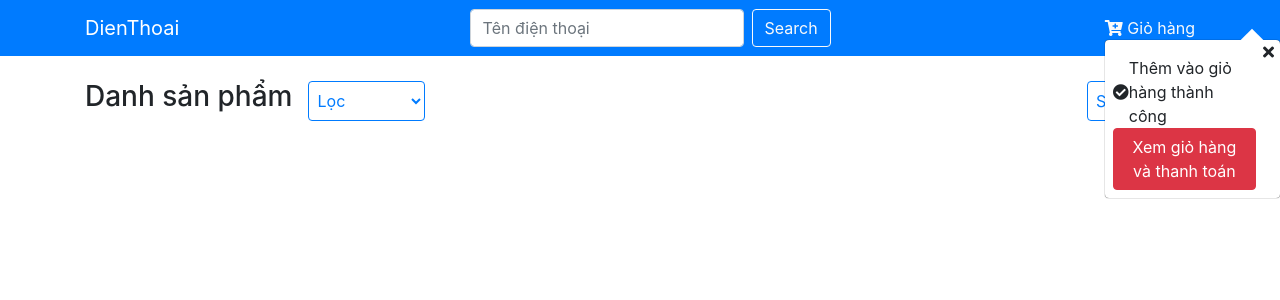
Repository: dovanthao2404/BC14_Bai_Tap_Ban_Dien_Thoai_dovanthao
Page: app/views/index.html
The author's editor kept a copy of each file at every save. The page is drawn from the files as they stood at one save, then again after the next save.
The browser window is 1280 px wide. The pictures show the whole page.
Some web libraries are served in a nearby version. The style sheet was rebuilt from its Sass, Less or Tailwind sources for each picture, by a compiler version that may differ from the author's.

Above is the page before, as saved 2021-08-14 16:13:27.
Console error (its wording comes from the project's code and is left out).

### app/views/index.html
<!DOCTYPE html>
<html lang="en">

<head>
  <meta charset="UTF-8">
  <meta http-equiv="X-UA-Compatible" content="IE=edge">
  <meta name="viewport" content="width=device-width, initial-scale=1.0">
  <title>Dien Thoai Xin</title>




  <!-- FONT AWESOME -->
  <link rel="stylesheet" href="https://cdnjs.cloudflare.com/ajax/libs/font-awesome/5.15.4/css/all.min.css"
    integrity="sha512-1ycn6IcaQQ40/MKBW2W4Rhis/DbILU74C1vSrLJxCq57o941Ym01SwNsOMqvEBFlcgUa6xLiPY/NS5R+E6ztJQ=="
    crossorigin="anonymous" referrerpolicy="no-referrer" />

  <!-- GOOGLE FONTS -->

  <link rel="preconnect" href="https://fonts.googleapis.com">
  <link rel="preconnect" href="https://fonts.gstatic.com" crossorigin>
  <link
    href="https://fonts.googleapis.com/css2?family=Roboto:ital,wght@0,300;0,400;0,700;1,300;1,400;1,700&display=swap"
    rel="stylesheet">

  <!-- B4 -->
  <link rel="stylesheet" href="https://cdn.jsdelivr.net/npm/bootstrap@4.6.0/dist/css/bootstrap.min.css"
    integrity="sha384-B0vP5xmATw1+K9KRQjQERJvTumQW0nPEzvF6L/Z6nronJ3oUOFUFpCjEUQouq2+l" crossorigin="anonymous">

  <!-- MAIN CSS -->
  <link rel="stylesheet" href="../../assets/css/main.css">
</head>

<body>
  <header class="fixed-top">
    <nav class="navbar navbar-dark bg-primary">
      <div class="container">

        <a href="#" class="navbar-brand">
          DienThoai
        </a>
        <form class="form-inline my-2 my-lg-0">
          <input id="valueSearch" class="form-control mr-sm-2" type="search" placeholder="Tên điện thoại"
            aria-label="Search">
          <button id="btnSearch" class="btn btn-outline-light my-2 my-sm-0" type="button">Search</button>
        </form>
        <div class="phone-cart">
          <a href="cart.html" class="text-light">
            <i class="fa fa-cart-plus"></i> Giỏ hàng
          </a>
          <div class="notifiSuccess pb-2 pt-3 pl-2 pr-4 bg-white rounded">
            <i class="fa fa-times icon-close"></i>
            <div class="d-flex align-items-center">
              <i class="fa fa-check-circle"></i>
              <p class="m-0">Thêm vào giỏ hàng thành công</p>
            </div>
            <button class="btn btn-danger w-100" data-target="cart.html">Xem giỏ hàng và thanh toán</button>
          </div>
        </div>
      </div>
    </nav>

  </header>

  <section class="phone-product">
    <div class="container">
      <div id="listAll-type">
        <div class="phone-title">
          <div class="d-flex justify-content-between align-items-center my-3">
            <div class="d-flex align-items-center">
              <h3 class="mr-3">
                Danh sản phẩm
              </h3>
              <div>
                <select class="phone-select" name="" id="phoneType">
                  <option value="">Lọc</option>
                  <option value="Samsung">Samsung</option>
                  <option value="Iphone">Iphone</option>
                </select>

              </div>
            </div>
            <div class="sort-name">
              <select class="phone-select" name="" id="sortPhone">
                <option value="">Sắp xếp</option>
                <option value="a">A - Z</option>
                <option value="z">Z - A</option>
              </select>
            </div>
          </div>
        </div>
        <div class="phone-list">
          <div class="row" id="listPhoneView">

          </div>
        </div>
      </div>
    </div>
    </div>
  </section>


  <!-- B4 -->
  <script src="https://code.jquery.com/jquery-3.5.1.slim.min.js"
    integrity="sha384-DfXdz2htPH0lsSSs5nCTpuj/zy4C+OGpamoFVy38MVBnE+IbbVYUew+OrCXaRkfj"
    crossorigin="anonymous"></script>
  <script src="https://cdn.jsdelivr.net/npm/bootstrap@4.6.0/dist/js/bootstrap.bundle.min.js"
    integrity="sha384-Piv4xVNRyMGpqkS2by6br4gNJ7DXjqk09RmUpJ8jgGtD7zP9yug3goQfGII0yAns"
    crossorigin="anonymous"></script>


  <!-- AXIOS -->
  <script src="https://cdnjs.cloudflare.com/ajax/libs/axios/0.21.1/axios.min.js"
    integrity="sha512-bZS47S7sPOxkjU/4Bt0zrhEtWx0y0CRkhEp8IckzK+ltifIIE9EMIMTuT/mEzoIMewUINruDBIR/jJnbguonqQ=="
    crossorigin="anonymous" referrerpolicy="no-referrer"></script>

  <script type="module" src="./../controllers/main.js"></script>
</body>

</html>

### app/controllers/main.js
import Phone from "./../models/Phone.js"
import ListPhone from "./../models/ListPhone.js"


var listProductInCart = JSON.parse(localStorage.getItem("listProductInCart")) || [];



let getEle = (id) => {
  return document.getElementById(id)
}

let listPhone = new ListPhone();


let renderView = (arr) => {
  let html = ""
  arr.forEach((phone) => {
    html += `
    <div class="col-3 mb-3">
    <div class="card overflow-hidden h-100">
      <img
        src="${phone.img}"
        alt="" class="card-img-top">
      <div class="card-body">
        <h4 class=card-title>
        ${phone.name}
        </h4>
        <p class="card-text">${phone.desc}</p>
        </div>
        <div class="card-footer">
        <a data-action="add"  data-phone=${phone.id} class="btn btn-primary w-100">Cart</a>
        </div>
    </div>
  </div>
    `
  })
  getEle("listPhoneView").innerHTML = html

}

let fetchData = () => {
  listPhone
    .getListPhoneApi()
    .then((resp) => {
      renderView(resp.data)
    })
    .catch((err) => {
      console.log(err)
    })
}

fetchData()

let filterType = (phoneType, type) => {
  return listPhone
    .getListPhoneApi()
    .then((resp) => {
      let data = resp.data;
      data.forEach((phone) => {
        if (phone.type === type) {
          phoneType.push(phone);
        }
      })
      renderView(phoneType)
      return phoneType;
    })
    .catch((err) => {
      console.log(err)
    })
}

let sortPhone = (arr, valueSort) => {
  for (let i = 0; i < arr.length; i++) {
    for (let j = i; j < arr.length; j++) {
      if (valueSort === 1) {
        if (arr[i].name < arr[j].name) {
          let temp = arr[i];
          arr[i] = arr[j]
          arr[j] = temp;
        }
      } else {
        if (arr[i].name > arr[j].name) {
          let temp = arr[i];
          arr[i] = arr[j]
          arr[j] = temp;
        }
      }
    }
  }
  renderView(arr)
}


let delegationSelect = () => {
  let phoneType = [];
  let type = getEle("phoneType").value;
  let dataSort = getEle("sortPhone").value;

  if (type && dataSort) {

    if (dataSort === "a") {
      filterType(phoneType, type)
        .then((phoneType) => {
          sortPhone(phoneType, 1);
        })
    } else {
      filterType(phoneType, type)
        .then((phoneType) => {
          sortPhone(phoneType, 0);
        })
    }

  } else if (type && !dataSort) {

    filterType(phoneType, type);

  } else if (!type && dataSort) {

    if (dataSort === "a") {
      listPhone.getListPhoneApi()
        .then((resp) => {
          sortPhone(resp.data, 1);
        })
        .catch((err) => {
          console.log(err);
        })
    } else {
      listPhone.getListPhoneApi()
        .then((resp) => {
          sortPhone(resp.data, 0);
        })
        .catch((err) => {
          console.log(err);
        })
    }

  } else {
    fetchData()
  }
}

getEle("phoneType").addEventListener("change", delegationSelect)
getEle("sortPhone").addEventListener("change", delegationSelect)

const handleSearch = () => {
  let nameSort = getEle("valueSearch").value;
  nameSort = nameSort.toLowerCase().trim();
  listPhone.getListPhoneApi()
    .then((resp) => {
      let listPhone = resp.data;
      let listPhoneSearch = listPhone.filter((phone) => {
        return phone.name.toLowerCase().includes(nameSort);
      })
      renderView(listPhoneSearch);
    })
    .catch((err) => {
      console.log(err)
    })

}

getEle("btnSearch").addEventListener("click", handleSearch);




const delegationListPhoneView = (e) => {
  if (e.target.getAttribute("data-action") === "add") {
    let id = e.target.getAttribute("data-phone");

    listPhone.getPhoneById(id)
      .then((resp) => {
        let count = 0;
        for (let i = 0; i < listProductInCart.length; i++) {

          if (listProductInCart[i].id === id) {
            listProductInCart[i].quantity += 1;
            localStorage.setItem("listProductInCart", JSON.stringify(listProductInCart));
            count++;
          }

        }

        if (count === 0) {
          let phone = { ...resp.data }
          phone.quantity = 1;
          listProductInCart.push(phone);
          localStorage.setItem("listProductInCart", JSON.stringify(listProductInCart));

        }
      })
      .catch((err) => {
        console.log(err)
      })


  }
}


getEle("listPhoneView").addEventListener("click", delegationListPhoneView)

### app/models/Phone.js
class Phone {
  constructor({
    name,
    price,
    screen,
    backCamera,
    frontCamera,
    img,
    desc,
    type
  },) {
    this.name = name;
    this.price = price;
    this.screen = screen;
    this.backCamera = backCamera;
    this.frontCamera = frontCamera;
    this.img = img;
    this.desc = desc;
    this.type = type;
  }

}

### app/models/ListPhone.js
export default class ListPhone {
  getListPhoneApi() {
    return axios({
      url: "https://6113ecdacba40600170c1d10.mockapi.io/api/phone",
      method: "GET",
    });
  }

  getPhoneById(id) {
    return axios({
      url: `https://6113ecdacba40600170c1d10.mockapi.io/api/phone/${id}`,
      method: "GET",
    });
  }

}

//  MỚi ăn xong

### assets/scss/main.scss
.phone-product {
  margin-top: 80px;
}
.phone-select {
  padding: 8px 20px 8px 4px;
  border-color: #007bff;
  color: #007bff;
  border-radius: 4px;
  background: transparent;
  outline: none;
  cursor: pointer;
  transition: all 0.5s;
  &:hover {
    background-color: #007bff;
    color: white;
  }
  option {
    display: block;
    background-color: white;
    color: #000;
  }
}
.notifiSuccess {
  position: absolute;
  box-shadow: 0 0 1px 0px #000;
  &:before {
    content: "";
    position: absolute;
    display: block;
    width: 16px;
    height: 16px;
    background-color: #fff;
    transform: rotate(45deg);
    top: -8px;
    right: 20px;
    border-left: 1px solid #ff;
  }

  .icon-close {
    position: absolute;
    right: 6px;
    top: 4px;
    cursor: pointer;
  }
}

After the next save:
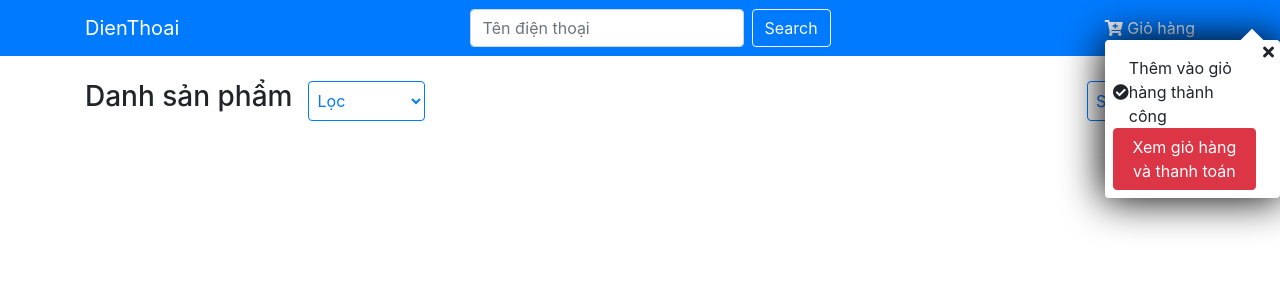
Saved 7 s later.
--- a/assets/scss/main.scss
+++ b/assets/scss/main.scss
@@ -22,7 +22,7 @@
 }
 .notifiSuccess {
   position: absolute;
-  box-shadow: 0 0 1px 0px #000;
+  box-shadow: 0 0 40px 2px #000;
   &:before {
     content: "";
     position: absolute;
